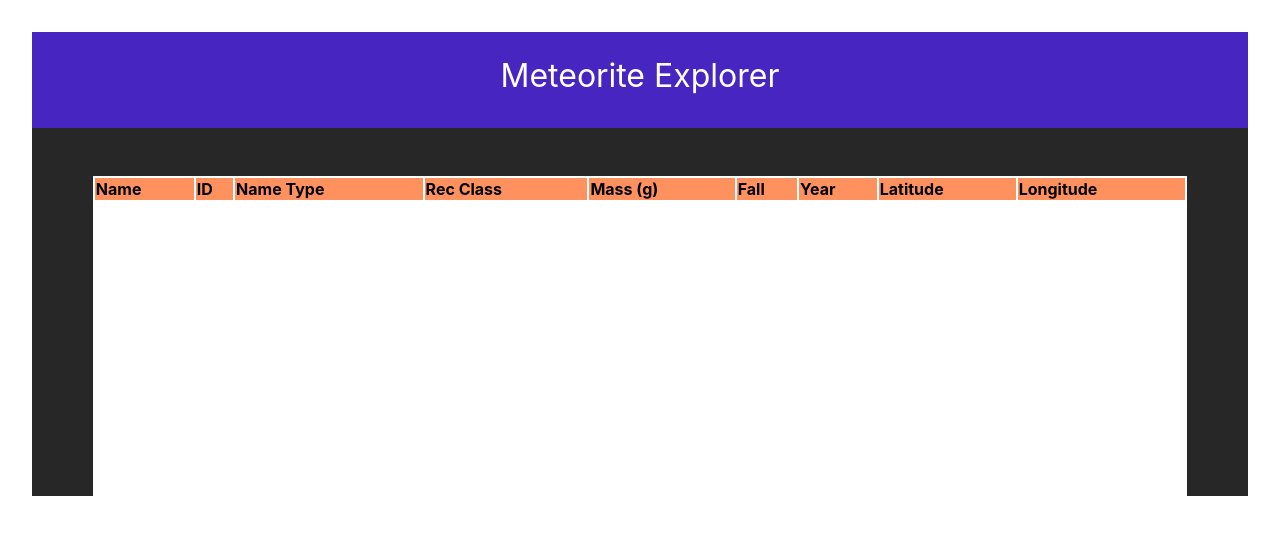
Repository: Tsardines/meteorite-explorer
Page: / (app in meteorite-explorer/)
The author's editor kept a copy of each file at every save. The page is drawn from the files as they stood at one save, then again after the next save.
The browser window is 1280 px wide. The pictures show the whole page.
The page's requests for data from a server got no answer. The project was rebuilt for these pictures with package versions that can differ from the ones it lists, and the page was loaded fresh each time. No one was signed in, and anything a server would have sent is missing.

Above is the page before, as saved 2019-05-27 17:08:57.

### meteorite-explorer/src/App.js
import React, { Component } from 'react';
import './App.css';

// import SearchBar from './SearchBar.js';

class App extends Component {
    constructor(props) {
      super(props);

    this.state = {
      items: [],
      value: ''
    };
    this.componentWillMount = this.componentWillMount.bind(this);
  }

  componentWillMount() {
    fetch('https://data.nasa.gov/resource/gh4g-9sfh.json')
    .then(res => res.json())
    .then(data => {
      this.setState({ items: data });
    });
  }

  handleChange = event => {
    const { value } = event.target;
    this.setState({ value });
  };

  render() {

    const { items, value } = this.state;

    return (


      <div className="wrapper">
        <div className="header">Meteorite Explorer</div>

        {/* <input type="text" placeholder="Enter search terms" value={value} onChange={this.handleChange} /> */}

        <table className="my-table">
          <thead>
            <th>Name</th>
            <th>ID</th>
            <th>Name Type</th>
            <th>Rec Class</th>
            <th>Mass (g)</th>
            <th>Fall</th>
            <th>Year</th>
            <th>Latitude</th>
            <th>Longitude</th>
          </thead>

          <tbody>
          { items.map((item, num) => {
            return (
              <tr>
                <td><p key={num}>{item.name}</p></td>
                <td><p key={num}>{item.id}</p></td>
                <td><p key={num}>{item.nametype}</p></td>
                <td><p key={num}>{item.recclass}</p></td>
                <td><p key={num}>{item.mass}</p></td>
                <td><p key={num}>{item.fall}</p></td>
                <td><p key={num}>{item.year}</p></td>
                <td><p key={num}>{item.reclat}</p></td>
                <td><p key={num}>{item.reclong}</p></td>
              </tr>
            )
          })}
          </tbody>
        </table>
      </div>
    )
  } // render

}

export default App;

### meteorite-explorer/src/App.css
body {
  margin: 2rem;
}

.header {
  background-color: rgb(71, 37, 192);
  color: white;
  font-size: 2rem;
  height: 3rem;
  padding: 1.5rem 0;
  text-align: center;
}

.wrapper {
  background-color: rgb(39, 39, 39);
}

.my-table {
  background-color: white;
  height: 20rem;
  margin: 3rem auto;
  overflow-y: scroll;
  width: 90%;
}

tr:nth-child(odd):hover {
  background-color: rgb(143, 143, 143);
}

thead {
  background-color: rgb(255, 145, 94);
  text-align: left;
}

Loaded but not shown: meteorite-explorer/public/index.html (common file); meteorite-explorer/src/index.js (common file); meteorite-explorer/src/index.css (common file); meteorite-explorer/src/serviceWorker.js (common file)

After the next save:
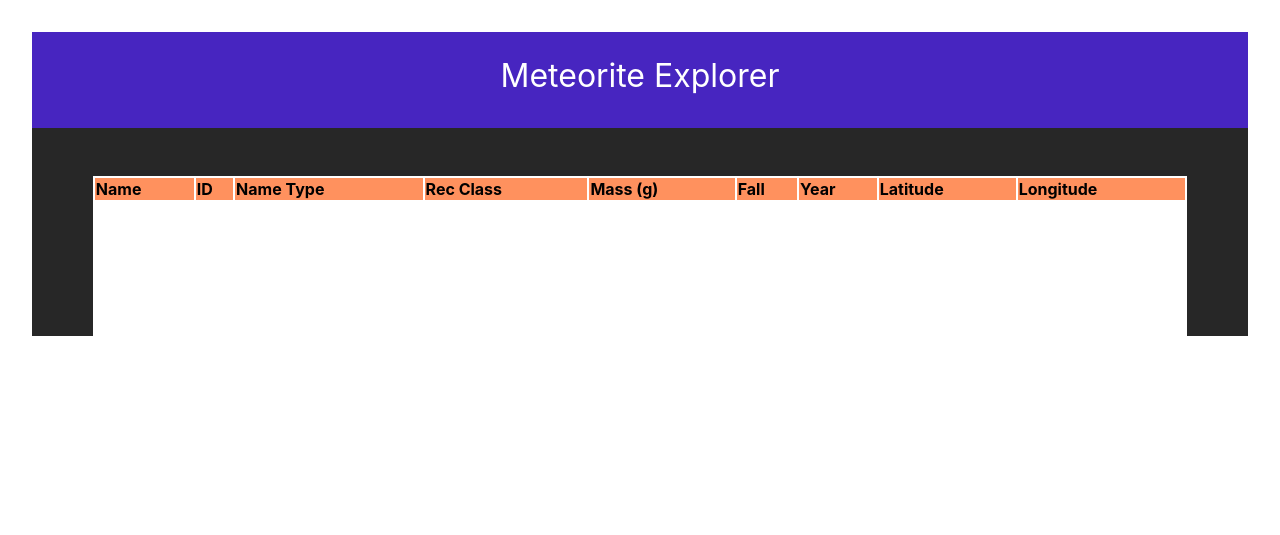
Saved 6 s later.
--- a/meteorite-explorer/src/App.css
+++ b/meteorite-explorer/src/App.css
@@ -17,7 +17,7 @@ body {
 
 .my-table {
   background-color: white;
-  height: 20rem;
+  height: 10rem;
   margin: 3rem auto;
   overflow-y: scroll;
   width: 90%;
